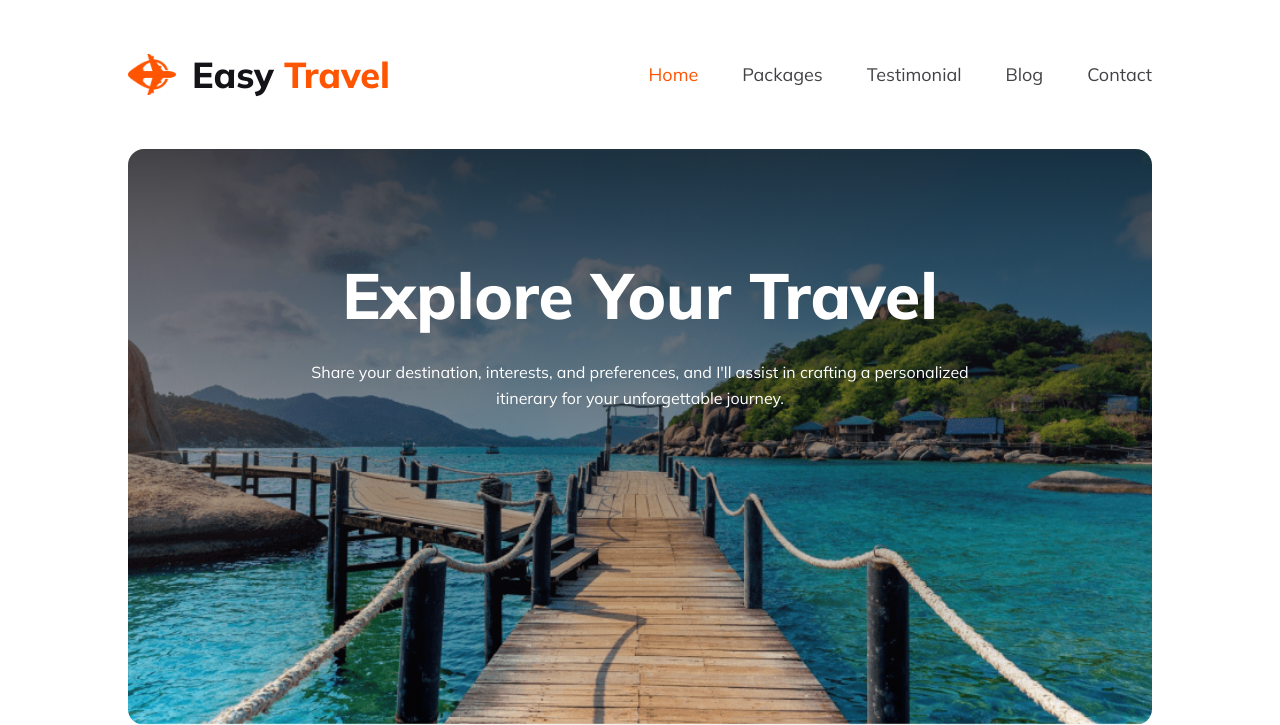
Repository: ShouravAhammed/Assignment-2
Page: index.html
An editor plug-in stored every save of this project. The page is shown before and after the next save, followed by the edit.
The browser window is 1280 px wide. The pictures show the whole page.
Some web libraries are served in a nearby version.

Above is the page before, as saved 2024-01-16 02:58:31.

### index.html
<!DOCTYPE html>
<html lang="en">
<head>
    <meta charset="UTF-8">
    <meta name="viewport" content="width=device-width, initial-scale=1.0">
    <!-- website title -->
    <title>Easy Travel</title>
    <!-- linked font awesome -->
    <script src="https://kit.fontawesome.com/0d98d502eb.js" crossorigin="anonymous"></script>
    <!-- linked favicon -->
    <link rel="shortcut icon" href="Images/Group 40071 (2).png" type="image/x-icon">
    <!-- linked css -->
    <link rel="stylesheet" href="styles/style.css">
</head>
<body>
    <!-- header part start -->
    <header>
        <div class="container">
            <nav class="navigation">
                    <a class="website-name" href="">
                        <img src="Images/Group 40071 (2).png" alt="">
                        <h3 class="web-text">Easy <span class="web-text-color">Travel</span></h3>
                    </a>
                    <input type="checkbox" id="check">
                    <label for="check" class="checkbtn"><i class="fa-solid fa-bars"></i></label>
                    <ul class="nav">
                        <li><a class="active" href="">Home</a></li>
                        <li><a href="">Packages</a></li>
                        <li><a href="">Testimonial</a></li>
                        <li><a href="">Blog</a></li>
                        <li><a href="">Contact</a></li>
                    </ul>
                </nav>

                <section id="banner">
                    <div class="banner-container">
                        <div class="banner-text">
                            <h2 class="banner-title">Explore Your Travel</h2>
                        <p class="banner-description">Share your destination, interests, and preferences, and I'll assist in crafting a personalized itinerary for your unforgettable journey.</p>
                        </div>
                    </div>
                </section>
        </div>
    </header>
    <!-- header part end -->
    <!-- main part start -->
    <main>

    </main>
    <!-- main part end -->
    <!-- footer part start -->
    <footer>

    </footer>
    <!-- footer part end -->
</body>
</html>

### styles/style.css
/* Import Fonts From Google Fonts */
@import url('https://fonts.googleapis.com/css2?family=Mulish:ital,wght@0,200;0,300;0,400;0,500;0,600;0,700;0,800;0,900;0,1000;1,200;1,300;1,400;1,500;1,600;1,700;1,800;1,900;1,1000&display=swap');@import url('https://fonts.googleapis.com/css2?family=Mulish:ital,wght@0,200;0,300;0,400;0,500;0,600;0,700;0,800;0,900;0,1000;1,200;1,300;1,400;1,500;1,600;1,700;1,800;1,900;1,1000&display=swap');

/* color clearance */
:root{
    --primary-color: #FF5400;
    --secondary-color: #131318;
    --third-color: #fff;
}

/* all default size off */
*{
    margin: 0;
    padding: 0;
    outline: 0;
    box-sizing: border-box;
}
/* container display measuring size*/
.container{
    width: 80%;
    margin: 0 auto;
}
/* navigation css style */
.navigation{
    display: flex;
    align-items: center;
    justify-content: space-between;
    margin: 52px 0;
}
.website-name{
    display: flex;
    align-items: center;
    gap: 16px;
    text-decoration: none;
}
.website-name img{
    width: 48px;
}
.website-name .web-text{
    color: var(--secondary-color);
    font-family: Mulish;
    font-size: 2.25rem;
    font-weight: 800;
}
.website-name .web-text-color{
    color: var(--primary-color);
}


.checkbtn{
    font-size: 1.75rem;
    color: #131318;
    display: none;
}
#check{
    display: none;
}



.navigation > .nav{
    display: flex;
    align-items: center;
    gap: 44px;
}
.nav > li{
    list-style: none;
}
.nav > li a{
    color: #424247;
    font-family: Mulish;
    font-size: 1.125rem;;
    font-weight: 400;
    text-decoration: none;
    transition: all ease 0.3s;
}
.nav > li a.active, .nav > li a:hover{
    color: var(--primary-color);
}

#banner{
    background-image: linear-gradient(180deg, rgba(19, 19, 24, 0.80) 0%, rgba(19, 19, 24, 0.00) 100%), url(../Images/Group13.png);
    background-position: center;
    background-size: cover;
    background-repeat: no-repeat;
    height: 80vh;
    border-radius: 16px;
}
.banner-text{
    padding-top: 106px;
    width: 676px;
    margin: 0 auto;
    text-align: center;
}
.banner-text .banner-title{
    color: #FFF;
    font-family: Mulish;
    font-size: 4rem;
    font-weight: 800;
}
.banner-text .banner-description{
    color: #FFF;
    font-family: Mulish;
    font-size: 1rem;
    font-weight: 400;
    line-height: 26px;
    margin-top: 24px;
}














@media only screen and (max-width: 576px){
    .navigation{
        margin-top: 18px;
    }
    .checkbtn{
        display: block;
    }

    .navigation > .nav{
        flex-direction: column;
        gap: 20px;
        padding-top: 30px;
        position: fixed;
        width: 100%;
        height: 50vh;
        background: #fff;
        top: 80px;
        left: -100%;
        text-align: center;
        transition: all ease 0.3s;
    }
    #check{
        display: none;
    }
    #check:checked ~ ul{
        left: 0;
    }


}

After the next save:
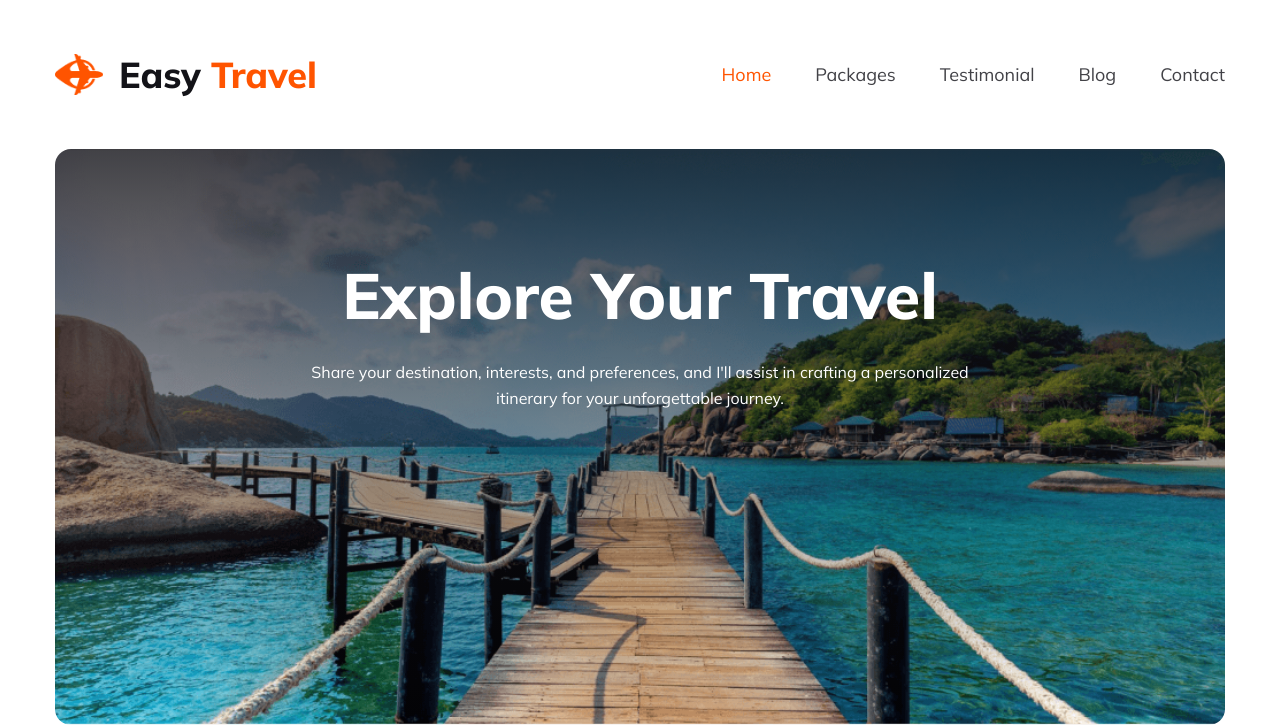
Saved 62 s later.
--- a/styles/style.css
+++ b/styles/style.css
@@ -17,7 +17,7 @@
 }
 /* container display measuring size*/
 .container{
-    width: 80%;
+    width: 1170px;
     margin: 0 auto;
 }
 /* navigation css style */

After the save that followed:
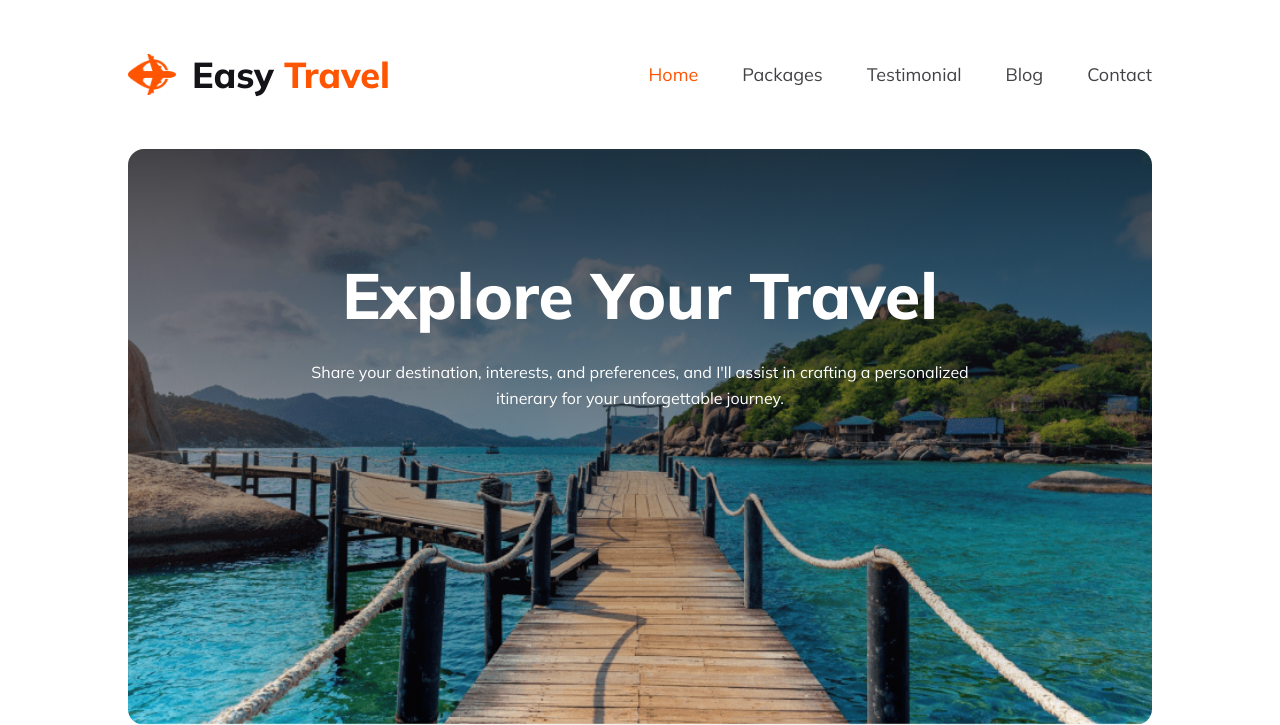
Saved 105 s later.
--- a/styles/style.css
+++ b/styles/style.css
@@ -17,7 +17,7 @@
 }
 /* container display measuring size*/
 .container{
-    width: 1170px;
+    width: 80%;
     margin: 0 auto;
 }
 /* navigation css style */
